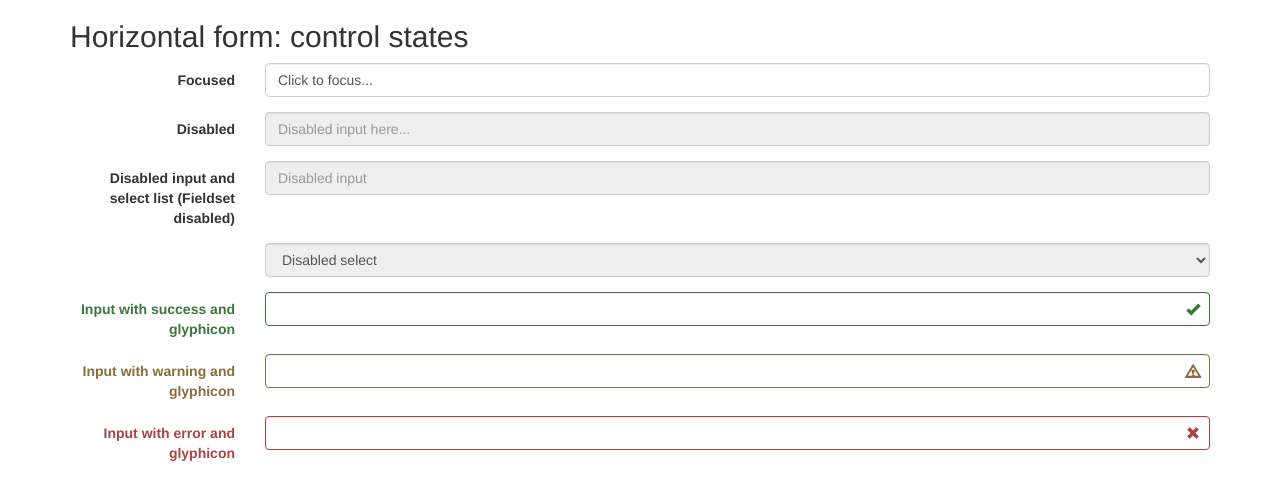
Repository: jjjikolpp/Developer
Page: http://localhost/myProject/inputColor.jsp
An editor plug-in stored every save of this project. The page is shown before and after the next save, followed by the edit.
The browser window is 1280 px wide. The pictures show the whole page.
Some web libraries are served in a nearby version. The page is served by Tomcat 9. Nobody is signed in. The application's start-up code is not run.

Above is the page before, as saved 2017-04-07 05:27:31.

After the next save:
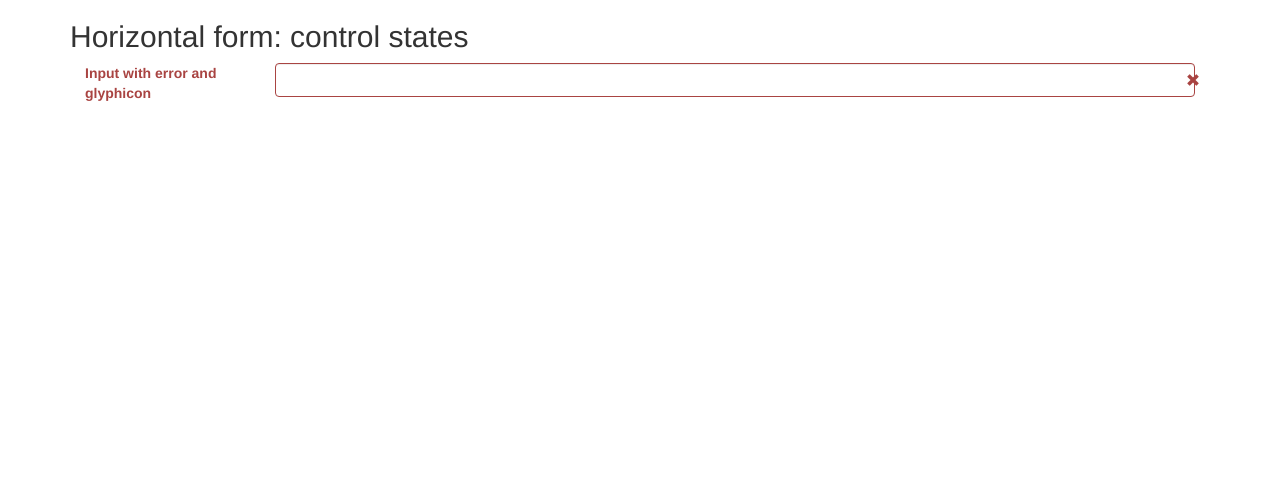
Saved 4 min 1 s later.
--- a/myProject/src/main/webapp/inputColor.jsp
+++ b/myProject/src/main/webapp/inputColor.jsp
@@ -14,49 +14,7 @@
 
 <div class="container">
   <h2>Horizontal form: control states</h2>
-  <form class="form-horizontal">
-    <div class="form-group">
-      <label class="col-sm-2 control-label">Focused</label>
-      <div class="col-sm-10">
-        <input class="form-control" id="focusedInput" type="text" value="Click to focus...">
-      </div>
-    </div>
-    <div class="form-group">
-      <label for="inputPassword" class="col-sm-2 control-label">Disabled</label>
-      <div class="col-sm-10">
-        <input class="form-control" id="disabledInput" type="text" placeholder="Disabled input here..." disabled>
-      </div>
-    </div>
-    <fieldset disabled>
-      <div class="form-group">
-        <label for="disabledTextInput" class="col-sm-2 control-label">Disabled input and select list (Fieldset disabled)</label>
-        <div class="col-sm-10">
-          <input type="text" id="disabledTextInput" class="form-control" placeholder="Disabled input">
-        </div>
-      </div>
-      <div class="form-group">
-        <label for="disabledSelect" class="col-sm-2 control-label"></label>
-        <div class="col-sm-10">
-          <select id="disabledSelect" class="form-control">
-            <option>Disabled select</option>
-          </select>
-        </div>
-      </div>
-    </fieldset>
-    <div class="form-group has-success has-feedback">
-      <label class="col-sm-2 control-label" for="inputSuccess">Input with success and glyphicon</label>
-      <div class="col-sm-10">
-        <input type="text" class="form-control" id="inputSuccess">
-        <span class="glyphicon glyphicon-ok form-control-feedback"></span>
-      </div>
-    </div>
-    <div class="form-group has-warning has-feedback">
-      <label class="col-sm-2 control-label" for="inputWarning">Input with warning and glyphicon</label>
-      <div class="col-sm-10">
-        <input type="text" class="form-control" id="inputWarning">
-        <span class="glyphicon glyphicon-warning-sign form-control-feedback"></span>
-      </div>
-    </div>
+
     <div class="form-group has-error has-feedback">
       <label class="col-sm-2 control-label" for="inputError">Input with error and glyphicon</label>
       <div class="col-sm-10">
@@ -64,7 +22,7 @@
         <span class="glyphicon glyphicon-remove form-control-feedback"></span>
       </div>
     </div>
-  </form>
+
 </div>
 
 </body>
